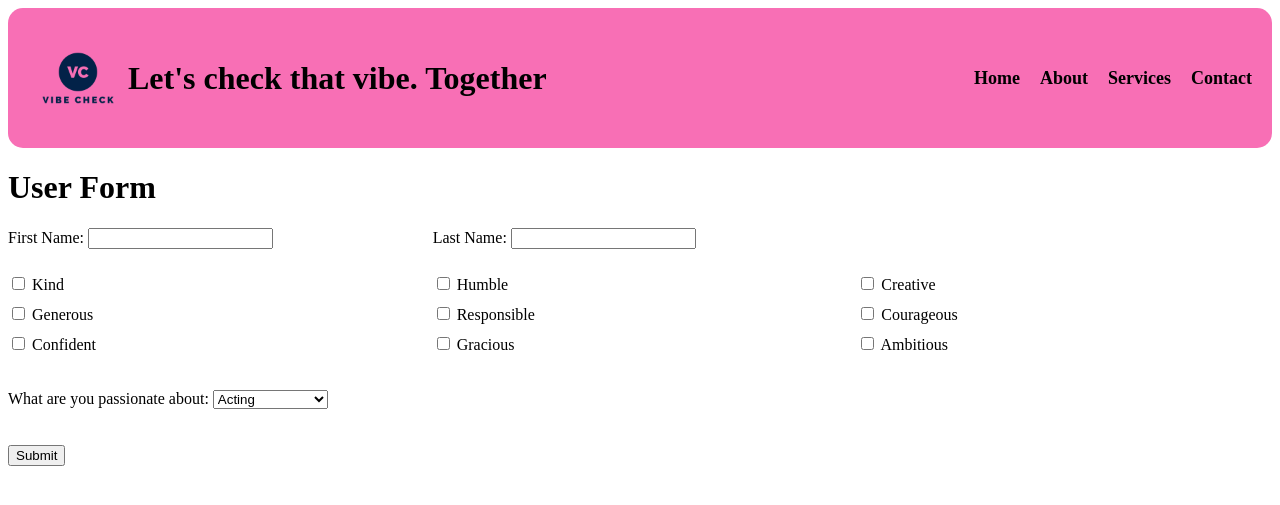
Repository: Chadloswald/Dis-Service
Page: docs/index.html
The author's editor kept a copy of each file at every save. The page is drawn from the files as they stood at one save, then again after the next save.
The browser window is 1280 px wide. The pictures show the whole page.

Above is the page before, as saved 2023-05-02 10:20:57.

After the next save:
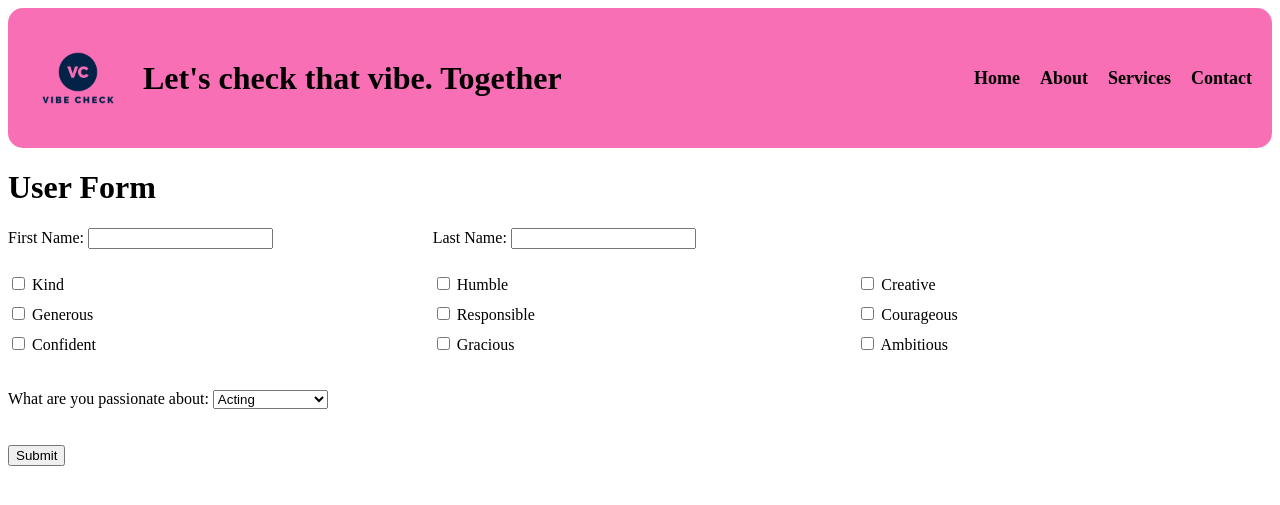
Saved 15 s later.
--- a/docs/styles.css
+++ b/docs/styles.css
@@ -29,7 +29,7 @@ label {
 
   .logo img {
 	height: 100px;
-	/* margin-right: 10px; */
+	margin-right: 15px;
   }
 
   nav ul {
